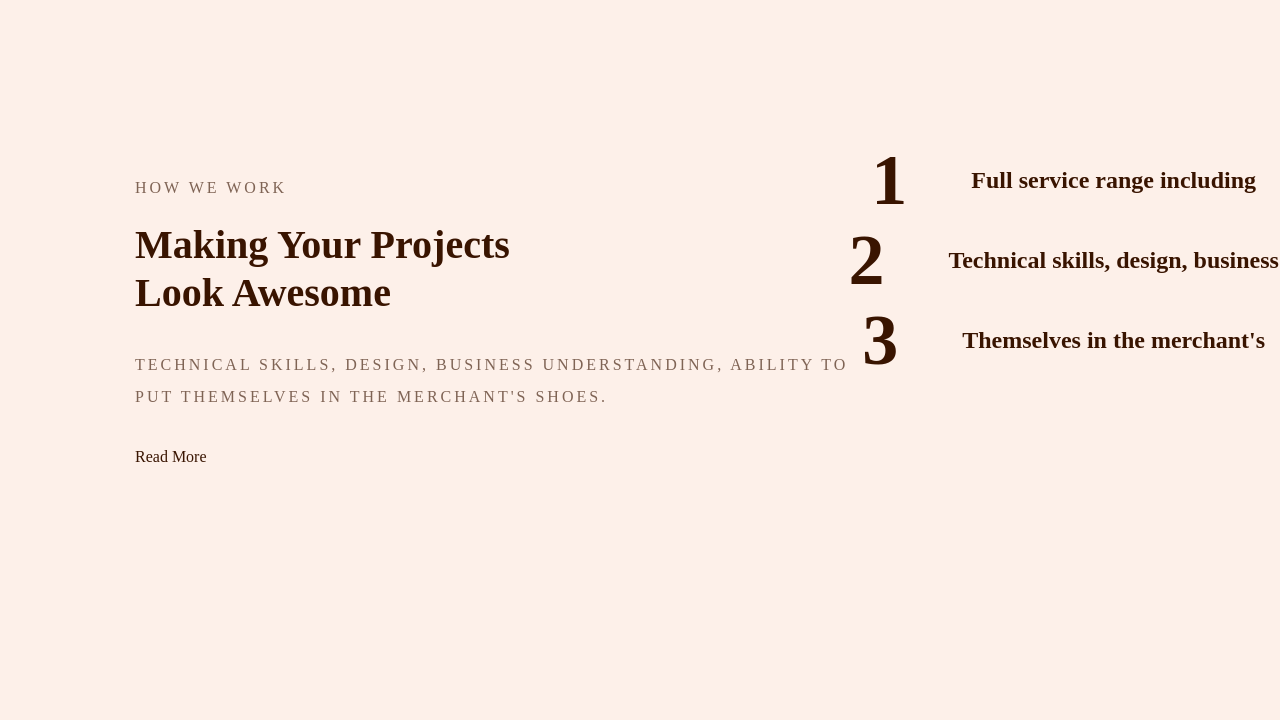
Repository: kubrazamanova/Project-3
Page: index.html
These files come from the project's save history. The page is drawn as it stood at one moment and after the next save; the edit follows.
The browser window is 1280 px wide. The pictures show the whole page.

Above is the page before, as saved 2023-09-13 19:17:59.

### index.html
<!DOCTYPE html>
<html lang="en">
  <head>
    <meta charset="UTF-8" />
    <meta name="viewport" content="width=device-width, initial-scale=1.0" />
    <link rel="stylesheet" href="index.css" />
    <title>Document</title>
  </head>
  <body>
    <div class="container">
   <div class="text-container">
    <p>How we work</p>
    <h1>
      Making Your Projects <br />
      Look Awesome
    </h1>
    <p>
      Technical skills, design, business understanding, ability to <br />
      put themselves in the merchant's shoes.
    </p>
    <h3>Read More</h3>
   </div>

      <div class="lesson">
        <ul>
          <li>
            <span>1</span>
            <h4>Full service range including</h4>
          </li>
          <li>
            <span>2</span>
            <h4>Technical skills, design, business</h4>
          </li>
          <li>
            <span>3</span>
            <h4>Themselves in the merchant's</h4>
          </li>
        </ul>
      </div>
    </div>
  </body>
</html>

### index.css
* {
  margin: 0;
  padding: 0;
  box-sizing: border-box;
}

.container {
  padding: 140px 0 236px 135px;
  min-height: 100vh;
  background-color: #fdf0e9;
  display: flex;
}
.container p {
  color: var(--Text_Dark_Accent, #ef6d58);
  font-feature-settings: "clig" off, "liga" off;
  font-family: Epilogue;
  font-size: 16px;
  font-style: normal;
  font-weight: 400;
  line-height: 32px;
  letter-spacing: 3px;
  text-transform: uppercase;
}
.container h1 {
  margin-top: 17px;
  color: var(--Text_Dark, #391400);
  font-feature-settings: "clig" off, "liga" off;
  font-family: Epilogue;
  font-size: 40px;
  font-style: normal;
  font-weight: 800;
  line-height: 48px;
}

.container p {
  margin-top: 32px;
  color: var(--Text_Dark_Gray, rgba(57, 20, 0, 0.64));
  font-feature-settings: "clig" off, "liga" off;
  font-family: Epilogue;
  font-size: 16px;
  font-style: normal;
  font-weight: 400;
  line-height: 32px;
}

.container h3 {
  margin-top: 28px;
  color: var(--Text_Dark, #391400);
  font-feature-settings: "clig" off, "liga" off;
  font-family: Epilogue;
  font-size: 16px;
  font-style: normal;
  font-weight: 400;
  line-height: 32px;
}

.lesson ul {
display: flex;
align-items: center;
justify-content: center;
flex-direction: column;

}

.lesson ul li {
  display: flex;
    align-items: center;
  list-style-type: none;
}

.lesson ul li span {
    margin-right: 66px;
  color: #391400;
  font-feature-settings: "clig" off, "liga" off;
  font-family: Epilogue;
  font-size: 72px;
  font-style: normal;
  font-weight: 800;
  line-height: 80px;
  letter-spacing: -2px;
}

.lesson ul li h4 {
  color: var(--Text_Dark, #391400);
  font-feature-settings: "clig" off, "liga" off;
  font-family: Epilogue;
  font-size: 24px;
  font-style: normal;
  font-weight: 700;
  line-height: 32px;
}

After the next save:
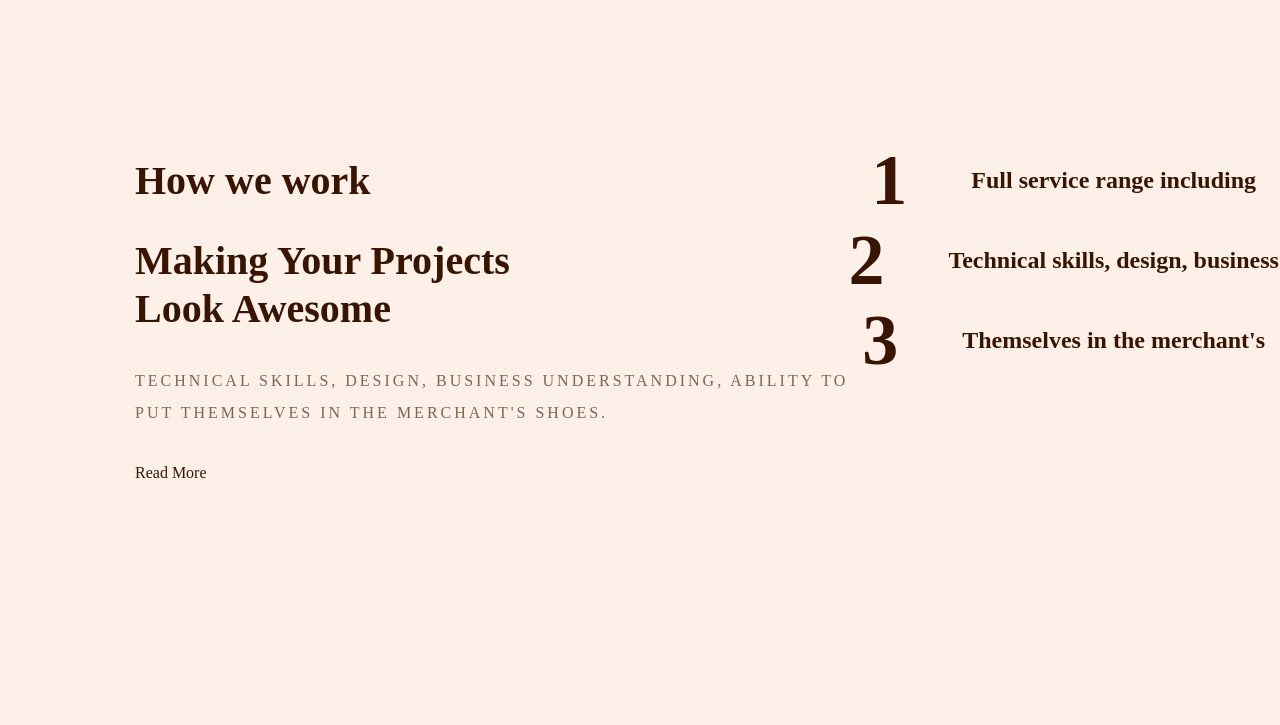
Saved 5 s later.
--- a/index.html
+++ b/index.html
@@ -9,7 +9,7 @@
   <body>
     <div class="container">
    <div class="text-container">
-    <p>How we work</p>
+    <h1>How we work</p>
     <h1>
       Making Your Projects <br />
       Look Awesome
